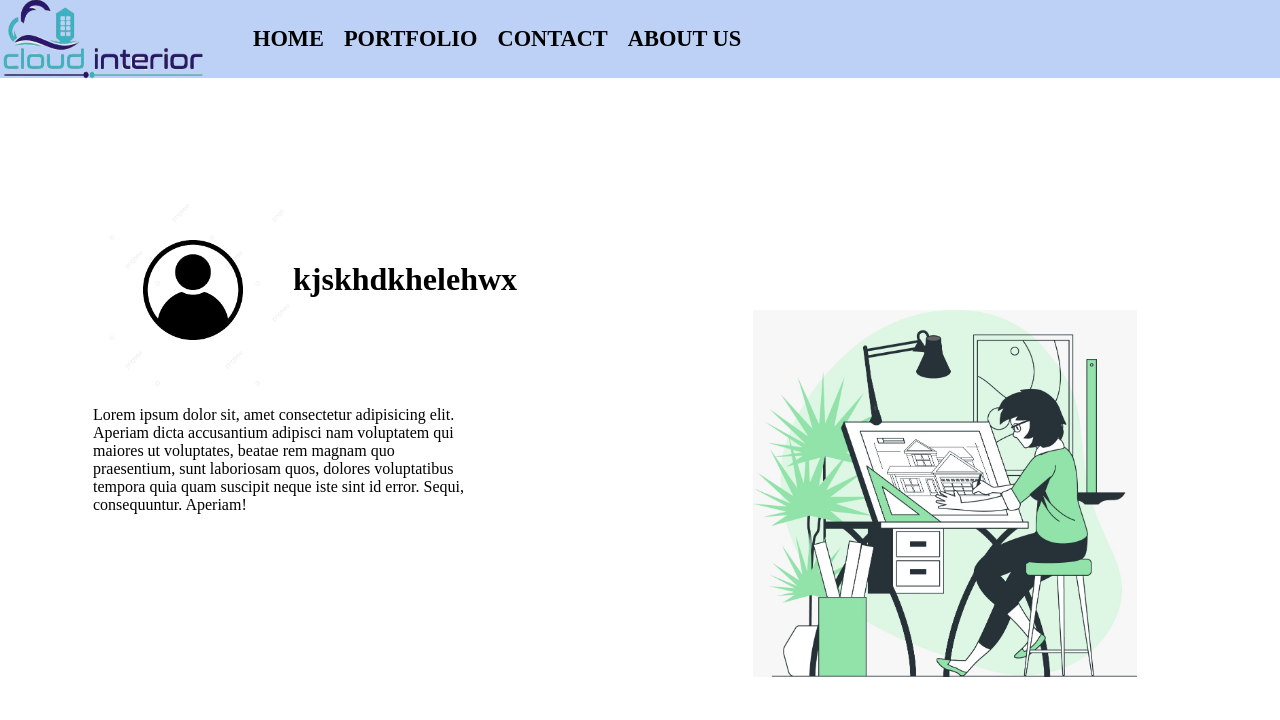
Repository: Ganavid/ganavidgowda.github.io
Page: cloud interior/about.html
These files come from the project's save history. The page is drawn as it stood at one moment and after the next save; the edit follows.
The browser window is 1280 px wide. The pictures show the whole page.

Above is the page before, as saved 2023-03-04 13:05:47.

### cloud interior/about.html
<!DOCTYPE html>
<html lang="en">

<head>
    <meta charset="UTF-8">
    <meta http-equiv="X-UA-Compatible" content="IE=edge">
    <meta name="viewport" content="width=device-width, initial-scale=1.0">
    <link rel="stylesheet" href="about.css">
    <title>cloud</title>
</head>

<body>
    <nav id="navbar">
        <div id="logocnt">
            <img id="logo" src="Layer 2.png" alt="the company" width="100px" height="50px">
        </div>
        <ul id="contents">
            <li class="item">
                <a href="" onclick="window.location.reload()">HOME</a>
            </li>
            <!-- <li class="item">
            <a href="#SERVICES">SERVICES</a>
            </li> -->
            <li class="item">
                <a href="gallery.html">PORTFOLIO</a>
            </li>
            <li class="item">
                <a href="register.html">CONTACT</a>
            </li>
            <li class="item">
                <a href="about.html">ABOUT US</a>
            </li>
        </ul>
    </nav>

    <div id="container">
        <div id="topic">
            <div id="namge">
                <img id="im" src="profile.jpg" alt="self">
                <h1>kjskhdkhelehwx</h1>
            </div>
            <p style="max-width: 30vw;">Lorem ipsum dolor sit, amet consectetur adipisicing elit. Aperiam dicta accusantium adipisci nam
                voluptatem qui maiores ut voluptates, beatae rem magnam quo praesentium, sunt laboriosam quos,
                dolores voluptatibus tempora quia quam suscipit neque iste sint id error. Sequi, consequuntur.
                Aperiam!
            </p>
        </div>
        <div id="subcontainer">
            <img src="aboutus.jpeg" alt="show" id="imgl">
        </div>
    </div>
</body>

</html>

### cloud interior/about.css
body {
    margin: 0px;
    padding: 0px;
    border: 0px;
    height: 100vh;
    /* padding-top: 13vh; */
    /* margin-top: 15vh; */
    /* background-color: rgba(123, 190, 212, 0.13); */
}


nav {
    display: flex;
    justify-content: left;
    background-color: #BDD0F5;
    padding: 3px;
    align-items: center;
    position: fixed;
    top: 0;
    width: 100vw;
    height: 10vh;
    min-height: 20px;
}

#logocnt {
    display: flex;
    flex-direction: row;
    margin: 8px 0px 8px 0px;
    padding-top: 5px;
    padding-bottom: 5px;
}

#logo {
    height: 80px;
    width: 200px;
    margin: 8px 0px 8px 0px;
    padding-top: 10px;
    padding-bottom: 10px;
}

#contents {
    display: flex;
    flex-direction: row;
    list-style: none;

}

#contents li {
    display: flex;
    flex-direction: row;
    list-style: none;
    margin: 0px 10px 0px 10px;

}


#contents li a {
    text-decoration: none;
    margin: 0xp 10px 0px 10px;
    color: white;
    font-family: ebrima;
    font-weight: bold;
    font-size: 140%;
    color: black;
}

#container {
    display: flex;
    flex-direction: row;
    /* border: solid aqua; */
    width: 100vw;
    margin: 0px;
    height: 100%;
    justify-content: space-around;

}

#im {
    height: 200px;
    width: 200px;
    border-radius: 50px;
}

#topic {
    display: flex;
    flex-direction: column;
    justify-content: center;
    border: 4px ;
}

#subcontainer {

    height: 50%;
    margin: 50px;
    /* width: 60%; */

    margin-top: 0%;
    align-self: flex-end;
}

#namge{
    display: flex;
    flex-direction: row;
}

#imgl{
    width: 30vw;
    /* height: 30vh; */
}

h1 {
    padding-top: 50px;
}

After the next save:
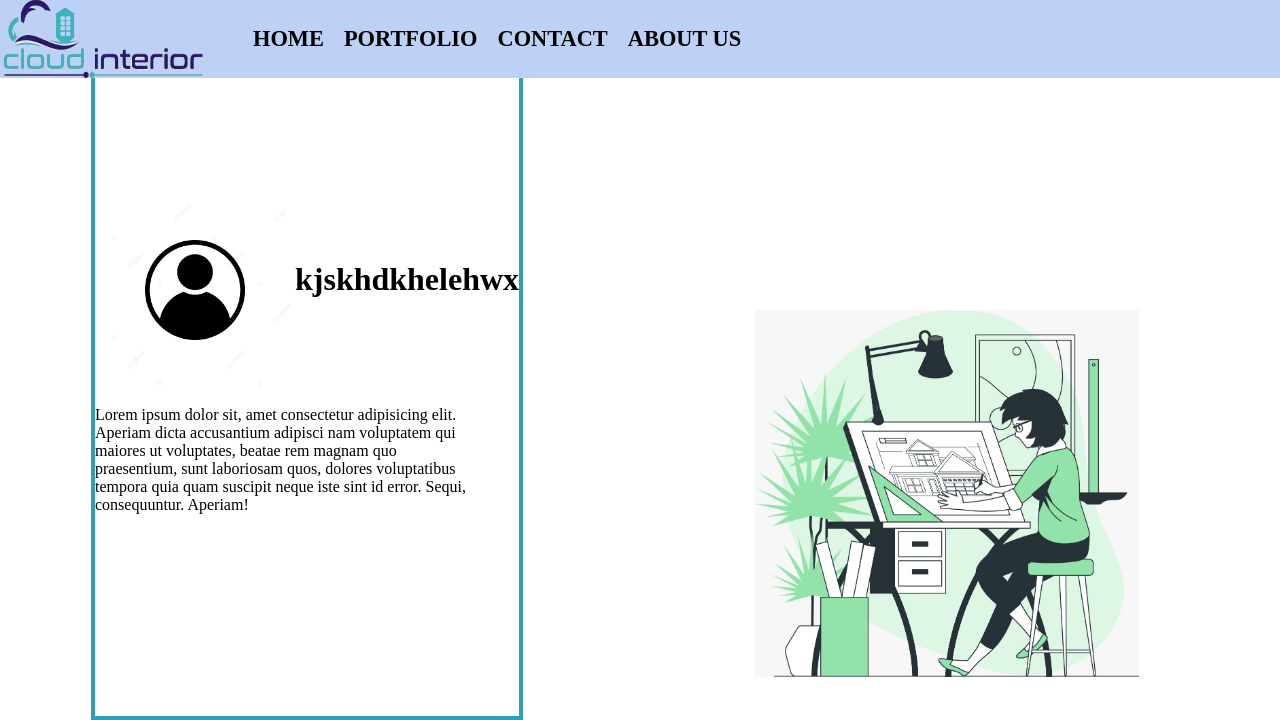
Saved 4 s later.
--- a/cloud interior/about.css
+++ b/cloud interior/about.css
@@ -85,7 +85,7 @@ nav {
     display: flex;
     flex-direction: column;
     justify-content: center;
-    border: 4px ;
+    border: 4px solid #309EBB;
 }
 
 #subcontainer {
